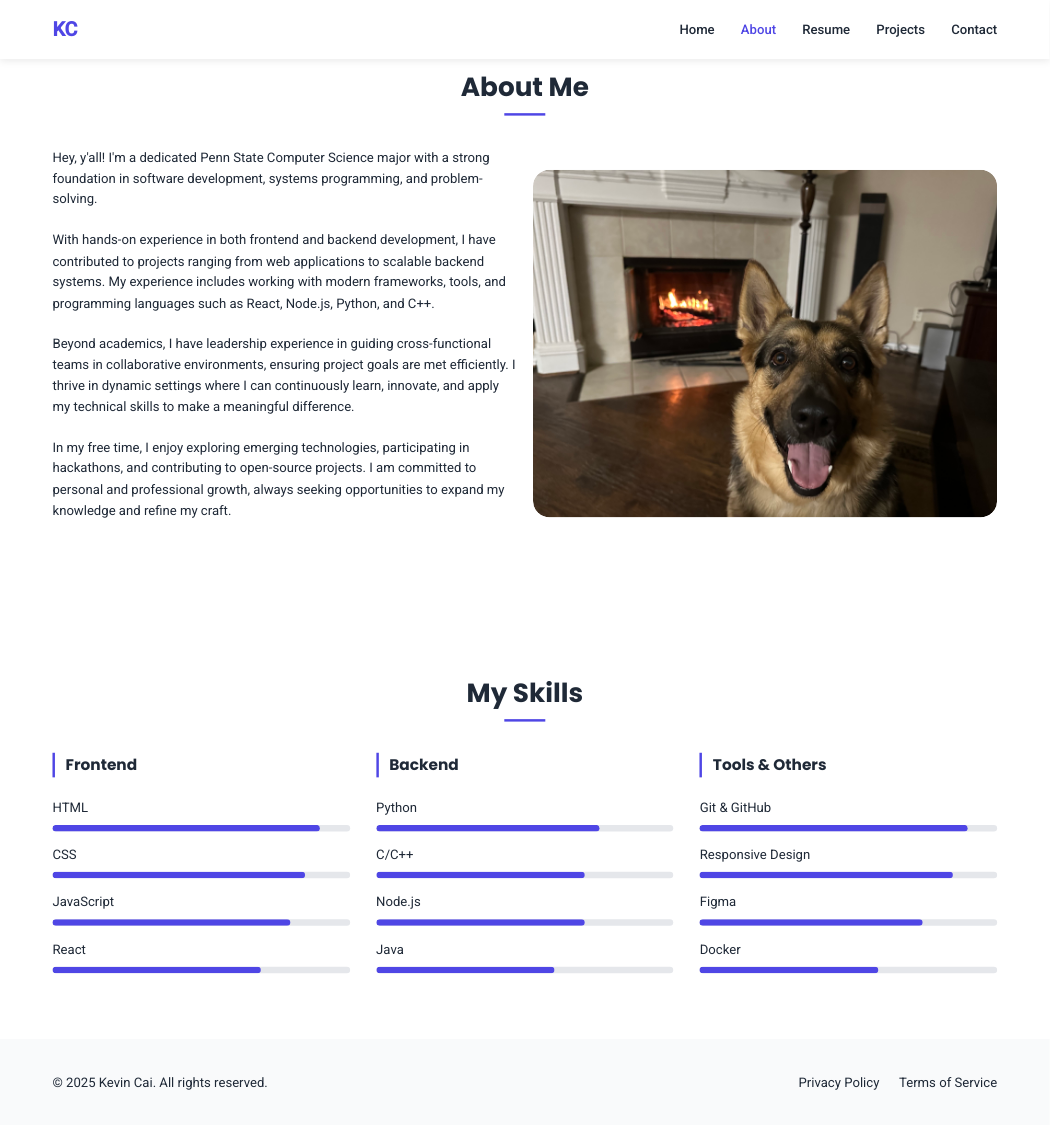
Repository: itskevbo/E-Portfolio
Page: pages/about.html
The author's editor kept a copy of each file at every save. The page is drawn from the files as they stood at one save, then again after the next save.
The browser window is 1280 px wide. The pictures show the whole page, at 82% of full size.

Above is the page before, as saved 2025-04-22 22:47:41.

After the next save:
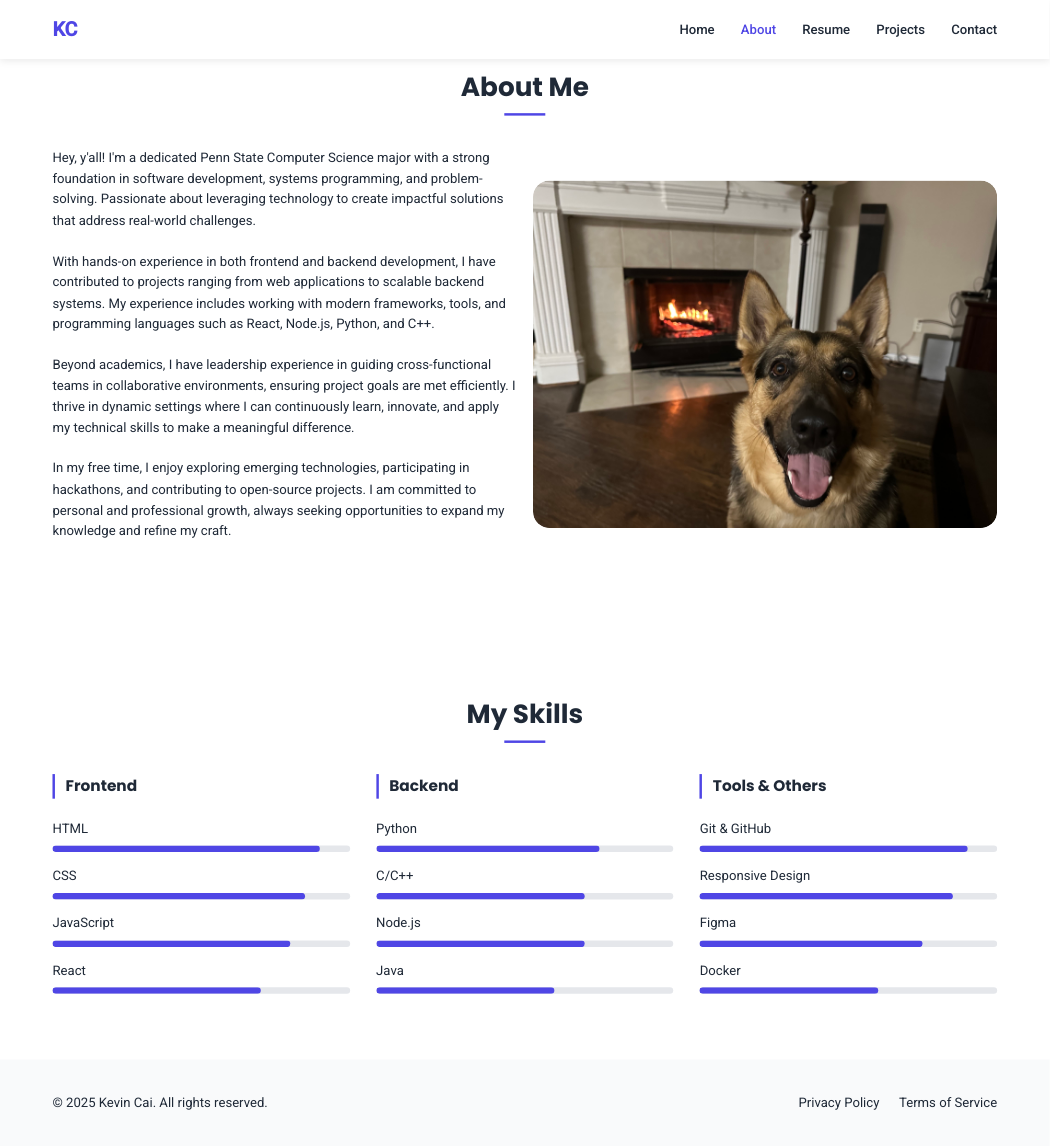
Saved 22 s later.
--- a/pages/about.html
+++ b/pages/about.html
@@ -50,7 +50,7 @@
             <h2 class="section__title">About Me</h2>
             <div class="about__content" style="display: flex; align-items: center; gap: 20px;">
                 <div class="about__text" style="flex: 1;">
-                <p>Hey, y'all! I'm a dedicated Penn State Computer Science major with a strong foundation in software development, systems programming, and problem-solving.</p>
+                <p>Hey, y'all! I'm a dedicated Penn State Computer Science major with a strong foundation in software development, systems programming, and problem-solving. Passionate about leveraging technology to create impactful solutions that address real-world challenges.</p>
                 <p>With hands-on experience in both frontend and backend development, I have contributed to projects ranging from web applications to scalable backend systems. My experience includes working with modern frameworks, tools, and programming languages such as React, Node.js, Python, and C++.</p>
                 <p>Beyond academics, I have leadership experience in guiding cross-functional teams in collaborative environments, ensuring project goals are met efficiently. I thrive in dynamic settings where I can continuously learn, innovate, and apply my technical skills to make a meaningful difference.</p>
                 <p>In my free time, I enjoy exploring emerging technologies, participating in hackathons, and contributing to open-source projects. I am committed to personal and professional growth, always seeking opportunities to expand my knowledge and refine my craft.</p>
